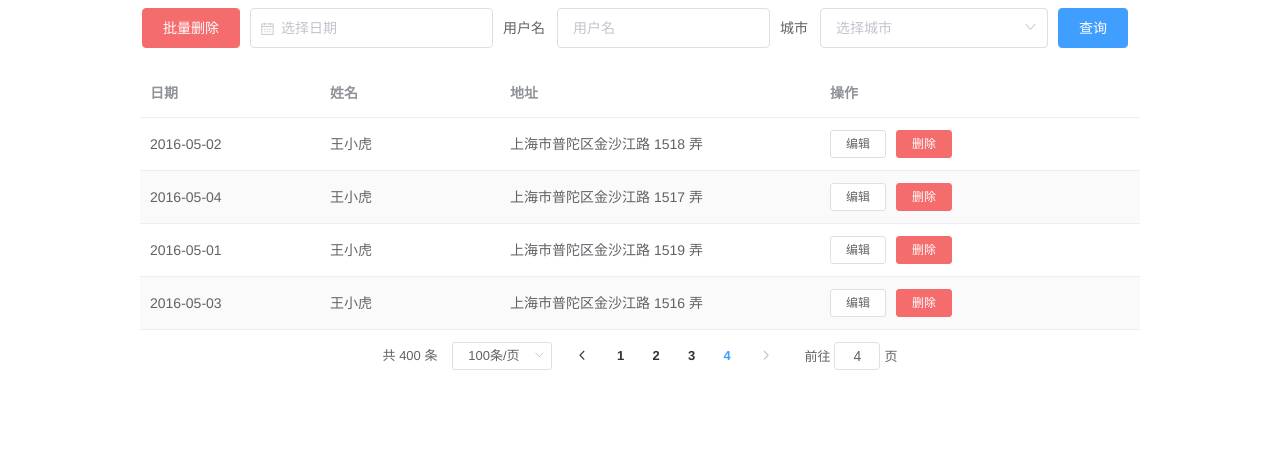
Repository: chang-meng-yun/vue_project
Page: /#/about
An editor plug-in stored every save of this project. The page is shown before and after the next save, followed by the edit.
The browser window is 1280 px wide. The pictures show the whole page.
The project was rebuilt for these pictures with package versions that can differ from the ones it lists, and the page was loaded fresh each time. Also part of the build but not shown: vue.config.js, src/VBindStudy.vue, src/components/HelloWorld.vue, src/views/HomeView.vue, src/views/AboutView.vue.

Above is the page before, as saved 2024-06-27 12:19:50.

### public/index.html
<!DOCTYPE html>
<html lang="">
  <head>
    <meta charset="utf-8">
    <meta http-equiv="X-UA-Compatible" content="IE=edge">
    <meta name="viewport" content="width=device-width,initial-scale=1.0">
    <link rel="icon" href="<%= BASE_URL %>favicon.ico">
    <!-- <title><%= htmlWebpackPlugin.options.title %></title> -->
     <title>我是首页</title>
  </head>
  <body>
    <noscript>
      <strong>We're sorry but <%= htmlWebpackPlugin.options.title %> doesn't work properly without JavaScript enabled. Please enable it to continue.</strong>
    </noscript>
    <!-- 显示内容的地方 -->
    <div id="app"></div>
    <!-- built files will be auto injected -->
  </body>
</html>

### src/main.js
import Vue from 'vue'
import App from './App.vue'
import ElementUI from 'element-ui';
import 'element-ui/lib/theme-chalk/index.css';
import router from './router'

Vue.use(ElementUI);

Vue.config.productionTip = false
new Vue({
  router,
  render: h => h(App)
}).$mount('#app')

### src/App.vue
<template>
  <div id="app">
    <!-- <Hello></Hello> -->
    <!-- <VBindStudy></VBindStudy> -->
     <!-- <HomeWork></HomeWork> -->
      <!-- <reHome></reHome> -->
       <!-- <Model></Model> -->
        <FromFrame></FromFrame>
  </div>
</template>
<script>
  // 导入组件
  import Hello from '@/Hello.vue'
  import VBindStudy from '@/VBindStudy'
  import HomeWork from '@/HomeWork'
    import reHome from './views/reHome.vue'
  import FromFrame from '@/FromFrame.vue'
     // import Model from './views/Model.vue'
  export default{
    components:{
        Hello,
        VBindStudy,
        HomeWork,
        FromFrame
        // Model
    },
    data(){
      return{
        mark:true,
        name:"张三",
        mywidth:"350px",
        myImage:require("./assets/花.jpg")
      }
    },
    methods:{
     controller_div(){
        this.mark=!this.mark
        console.log(this.mark)
      },
      changeSize(){
        this.mywidth="500px"
      },
      changeImage(){
        console.log("pakaqiu")
        this.myImage=require("./assets/小樱花.webp")
      }
     }
    }
</script>
<style>
.box{
    width: 200px;
    height: 200px;
    background-color: red;
}
#app {
  font-family: Avenir, Helvetica, Arial, sans-serif;
  -webkit-font-smoothing: antialiased;
  -moz-osx-font-smoothing: grayscale;
  text-align: center;
  color: #2c3e50;
}

nav {
  padding: 30px;
}

nav a {
  font-weight: bold;
  color: #2c3e50;
}

nav a.router-link-exact-active {
  color: #42b983;
}
</style>

### src/Hello.vue
<template>
  <div>
        <!-- <nav>
      <router-link to="/">Home</router-link> |
      <router-link to="/about">About</router-link>
    </nav> -->
    <!-- <el-row>
      <el-button>默认按钮</el-button>
      <el-button type="primary">主要按钮</el-button>
      <el-button type="success">成功按钮</el-button>
      <el-button type="info">信息按钮</el-button>
      <el-button type="warning">警告按钮</el-button>
      <el-button type="danger">危险按钮</el-button>
    </el-row> -->

    <!-- <input  type="text" v-model="username"> -->
     <!-- <div  v-if="mark" class="box">
      div1-if标签
     </div> -->
     <!-- <el-button type="primary" v-on:click="controller_div()">控制div</el-button> -->
     <!-- <div  v-show ="mark" class="box"> -->
      <!-- div2-show标签 -->
     <!-- </div> -->
    <!-- <div>
      {{username}}
    </div> -->
    <!-- <router-view/> -->
     <!-- <hr> -->

     <el-row>
        <el-col :span="12">
          <div class="grid-content bg-purple">
         <img src="./assets/小雏菊.webp" v-bind:width="mywidth" />
         <br>
         <el-button type="primary" @click="changeSize()">改变大小</el-button>
        </div>
      </el-col>

        <el-col :span="12">
          <div class="grid-content bg-purple-light">
            <img v-bind:src="myImage" width="350px" />
            <br>
            <el-button type="primary" @click="changeImage()">改变图片</el-button>
        </div>
      </el-col>
      </el-row>

  </div>
</template>
<script>
     export default{
    // components:{
    //     Hello,
    //     VBindStudy
    // },
    data(){
      return{
        mark:true,
        name:"张三",
        mywidth:"350px",
        myImage:require("./assets/花.jpg")
      }
    },
    methods:{
     controller_div(){
        this.mark=!this.mark
        console.log(this.mark)
      },
      changeSize(){
        this.mywidth="500px"
      },
      changeImage(){
        console.log("pakaqiu")
        this.myImage=require("./assets/小樱花.webp")
      }
     },
     components:{

     }
    }
  </script>
  <style>
  .box{
      width: 200px;
      height: 200px;
      background-color: red;
  }
  #app {
    font-family: Avenir, Helvetica, Arial, sans-serif;
    -webkit-font-smoothing: antialiased;
    -moz-osx-font-smoothing: grayscale;
    text-align: center;
    color: #2c3e50;
  }

  nav {
    padding: 30px;
  }

  nav a {
    font-weight: bold;
    color: #2c3e50;
  }

  /* nav a.router-link-exact-active {
    color: #42b983;
  } */
  </style>

### src/HomeWork.vue
<template>
    <div id="all">

        <h3>请选择你喜欢的语言</h3>
        <table border="1" cellspacing="0" style="margin: 0 auto;" >
            <tr>
                <td v-for="(obj,index) in subject "
                :key="index"
                v-bind:class="{'bg':obj.mark}"
                @click="changeColor(obj,index)">{{obj.name}}</td>
            </tr>
        </table>

        <p style="text-align: center;">我最喜欢的编程语言是{{pro_name}}</p>
        <el-input v-model="inputName" placeholder="请输入你喜欢的书" style="width: 300px;"></el-input>
        <el-button type="primary" @click="addBook()">添加你喜欢的书本</el-button>
        <!-- <el-button type="primary" v-if="">隐藏</el-button> -->
       <!-- {{message}} -->


    </div>
</template>
<script>
    export default{
        data(){
        return{
            pro_name:"Java",
            inputName:"",
            subject:[
            {id:"1",name:"Java",mark:true},
            {id:"2",name:"C",mark:false},
            {id:"3",name:"C++",mark:false},
            {id:"4",name:"Python",mark:false},
            ],
        }
        },
        methods:{
            addBook(){
                console.log(this.inputName)
                this.subject.push({"name":this.inputName,"mark":false})
            },
            changeColor(obj,index){
                console.log(obj,index)
                this.pro_name = obj.name;
                for(var i=0;i<this.subject.length;i++){
                    this.subject[i].mark=false;
                }
                this.subject[index].mark=true;
                this.pro_name=this.subject[index].name;
            }
        },
        components:{

        }
    }

</script>
<style>
 tr td{
        width: 200px;
        height: 50px;
        /* background-color: rgb(130, 236, 176); */
    }
    .bg{
        /* background-color: rgb(218, 103, 80); */
    }
</style>

### src/views/reHome.vue
<template>
    <div>
       <h3>请选择你喜欢的语言</h3>
       <table cellspacing="0" border="1" style="margin: 0 auto;">
        <tr>
            <td v-for="(obj,index) in subjects"
            :key="index"
            v_bind :class="{'bg1':obj.mark}"
            @click="changeColor(obj,index)">
            {{obj.name}}
            </td>
        </tr>
       </table>
       <p>我最喜欢的语言是{{proname}}</p>
    </div>
</template>
<script>
  export default{
    data(){
        return{
          proname:"java",
          subjects:[
            {name:"Java",mark:true},
            {name:"C",mark:false},
            {name:"C++",mark:false},
            {name:"Python",mark:false},
          ]
        }
    },
    methods:{
        changeColor(obj,index){
            console.log(obj,index)
            this.proname=obj.name
            for(var i = 0;i<this.subjects.length;i++){
                this.subjects[i].mark=false;
            }
            obj.mark=true;
        }
    },
    components:{

    },
  }
</script>
<style>
 tr td{
        width: 200px;
        height: 50px;
        /* background-color: rgb(130, 236, 176); */
    }
    .bg1{
        /* background-color: rgb(218, 103, 80); */
    }
</style>

### src/FromFrame.vue
<template>
    <div style="width: 1000px;margin: 0 auto;">
        <!-- 功能区域 -->
        <div>
              <el-form :inline="true" :model="formInline" class="demo-form-inline">
                <el-form-item>
                    <el-button type="danger" @click="deleteAll">批量删除</el-button>
                  </el-form-item>
                <el-form-item prop="date1">
                    <el-date-picker type="date" placeholder="选择日期" v-model="formInline.date1" style="width: 100%;"></el-date-picker>
                  </el-form-item>
                <el-form-item label="用户名">
                  <el-input v-model="formInline.user" placeholder="用户名"></el-input>
                </el-form-item>
                <el-form-item label="城市">
                  <el-select v-model="formInline.region" placeholder="选择城市">
                    <el-option label="上海" value="shanghai"></el-option>
                    <el-option label="北京" value="beijing"></el-option>
                  </el-select>
                </el-form-item>
                <el-form-item>
                  <el-button type="primary" @click="onSubmit">查询</el-button>
                </el-form-item>
              </el-form>
        </div>


        <!-- 数据显示区 -->
    <div>
        <el-table :data="tableData" stripe style="width: 100%">
        <el-table-column  prop="date" label="日期"width="180"></el-table-column>
        <el-table-column prop="name" label="姓名" width="180"></el-table-column>
        <el-table-column
          prop="address"
          label="地址">
        </el-table-column>
        <el-table-column label="操作">
            <template slot-scope="scope">
              <el-button
                size="mini"
                @click="handleEdit(scope.$index, scope.row)">编辑</el-button>
              <el-button
                size="mini"
                type="danger"
                @click="handleDelete(scope.$index, scope.row)">删除</el-button>
            </template>
          </el-table-column>
      </el-table>
    </div>
    <!-- 完整功能--页码 -->
    <div class="block" style="margin-top: 10px;">
        <span class="demonstration"></span>
        <el-pagination
          @size-change="handleSizeChange"
          @current-change="handleCurrentChange"
          :current-page="currentPage4"
          :page-sizes="[100, 200, 300, 400]"
          :page-size="100"
          layout="total, sizes, prev, pager, next, jumper"
          :total="400">
        </el-pagination>
      </div>
    </div>
</template>
<script>
     export default{
        data(){
        return{
            tableData: [{
            date: '2016-05-02',
            name: '王小虎',
            address: '上海市普陀区金沙江路 1518 弄'
            }, {
            date: '2016-05-04',
            name: '王小虎',
            address: '上海市普陀区金沙江路 1517 弄'
            }, {
            date: '2016-05-01',
            name: '王小虎',
            address: '上海市普陀区金沙江路 1519 弄'
            }, {
            date: '2016-05-03',
            name: '王小虎',
            address: '上海市普陀区金沙江路 1516 弄'
            }],
            formInline: {
            user: '',
            region: '',
            date1: '',
            },
            currentPage1: 5,
            currentPage2: 5,
            currentPage3: 5,
            currentPage4: 4
         }
        },
        methods: {
            handleEdit(index, row) {
            console.log(index, row);
            },
            handleDelete(index, row) {
            console.log(index, row);
            },
            onSubmit() {
           console.log('submit!');
           },
           handleSizeChange(val) {
           console.log(`每页 ${val} 条`);
            },
            handleCurrentChange(val) {
                console.log(`当前页: ${val}`);
            },
            deleteAll(){
                // 批量删除
            }
        },
        components:{

        }
     }
</script>
<style>

</style>

Loaded but not shown: src/router/index.js (common file)

After the next save:
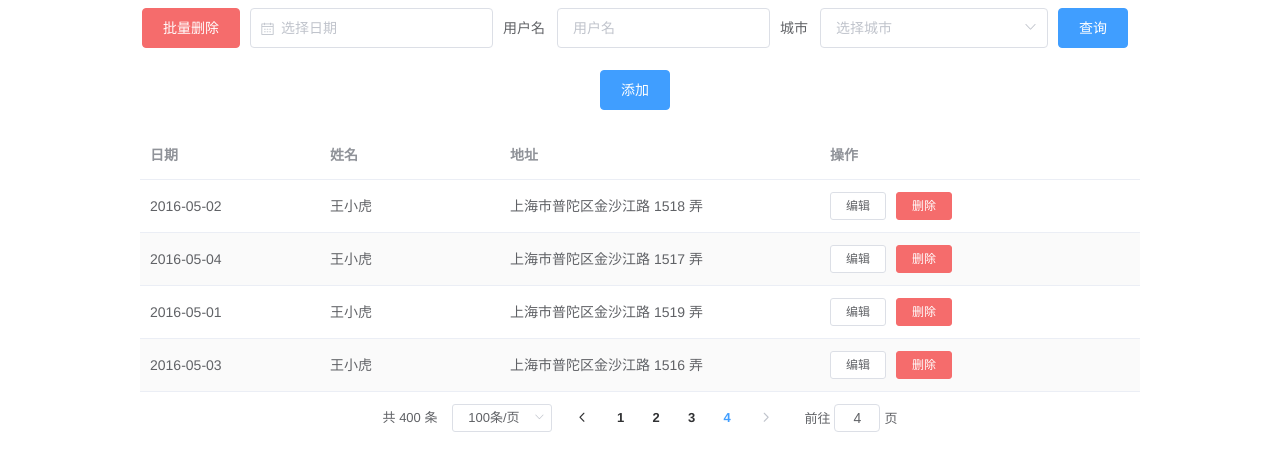
Saved 54 s later.
--- a/src/FromFrame.vue
+++ b/src/FromFrame.vue
@@ -21,6 +21,9 @@
                 <el-form-item>
                   <el-button type="primary" @click="onSubmit">查询</el-button>
                 </el-form-item>
+                <el-form-item>
+                    <el-button type="primary" @click="addUser">添加</el-button>
+                  </el-form-item>
               </el-form>
         </div>
 
@@ -112,6 +115,9 @@
             },
             deleteAll(){
                 // 批量删除
+            },
+            addUser(){
+                // 添加
             }
         },
         components:{
